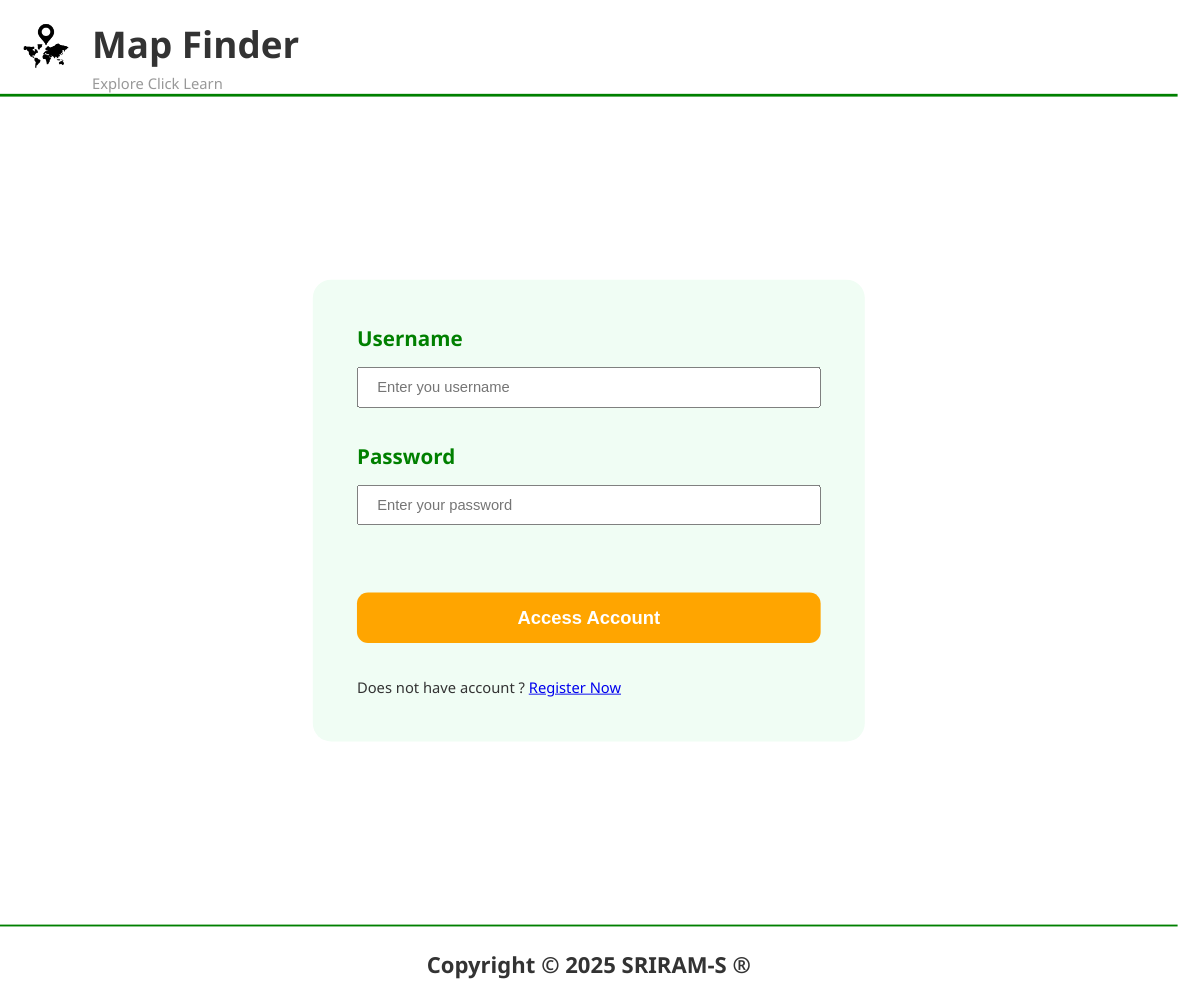
Repository: 7-SRIRAM-S/Map-Finder-Java
Page: MapFinder/src/main/webapp/login.html
The author's editor kept a copy of each file at every save. The page is drawn from the files as they stood at one save, then again after the next save.
The browser window is 1280 px wide. The pictures show the whole page, at 92% of full size.
The page's requests for data from a server got no answer.

Above is the page before, as saved 2026-02-17 17:44:59.

### MapFinder/src/main/webapp/login.html
<!DOCTYPE html>
<html lang="en">
<head>
    <meta charset="UTF-8">
    <meta name="viewport" content="width=device-width, initial-scale=1.0">
    <title>Map Finder</title>
    <link rel="icon" href="images/map_logo.png">

    <style>
        *{
            margin: 0;
            padding: 0;
            box-sizing: border-box;
        }
        body {
            background-color:white;
            font-family: 'Segoe UI', Tahoma, Geneva, Verdana, sans-serif;
            overflow: hidden;
            color: #333;
        }
        header {
            display: flex;
            justify-content: space-between;
            align-items: center;
            background-color: white;
            /* padding-bottom: 8px; */
            border-bottom: 3px solid green;
            /* text-align: center; */
        }
        header h1{
            font-size: 40px;
        }
        header p{
            opacity: 0.5;
        }
        header div{
            margin-top: 20px;
            display: flex;
            flex-direction: column;
            gap: 5px;

        }
        nav{
        display: flex;
        }
        .logo{
            height: 100px;
            width: 100px;
            cursor: pointer;
        }
        footer{
            display: flex;
            justify-content: center;
            padding: 25px;
            border-top: 2px solid green;
        }
        img {
            width: 50%;
            height: auto;
            object-fit: contain;
            border-radius: 10px;
        }
        .container{

            height: 900px;
             display: flex;
            /* flex-direction: column;  */
            justify-content: center;
            align-items: center;

        }
        form{
            border-radius: 20px;
            width: 600px;
            background-color: #F0FDF4;
            display: flex;
            flex-direction: column;
            gap: 2.3rem;
            padding:3rem;

        }
        label{
            text-align: left;
            color: green;
            font-weight: bold;
            font-size: 1.4rem;
        }
        input{
            height: 40px;
            font-size: 16px;
            padding:20px;
        }
        button{
            padding: 1rem;
            background-color: orange;
            color: white;
            font-weight: bold;
            font-size: 20px;
            border-radius: 12px;
            border-color: 1px solid orange;
            cursor: pointer;
            transition: 0.6s backgroud-color ease;
        }
        button:hover{
            background-color: green;
            /* border: 1px solid green; */
        }
        .wrap{
            display: flex;
            flex-direction: column;
            gap: 1rem;
        }
        #error-info{
        	color:red;
        }
    </style>
</head>
<body>
    <header>
        <nav>
            <img src="images/map_logo.png" alt="logo" class="logo" onclick="window.location.reload();">
        <div>
            <h1>Map Finder</h1>
            <p>Explore Click Learn</p>
        </div>
        </nav>
   </header>
   <div class="container">
    <form id="sign_in_form" method="post">

        <div class="wrap">
            <label for="username">
                Username
           </label>
           <input type="text" id="username" name="username" placeholder="Enter you username"  required>
        </div>
        <div class="wrap">
            <label for="password">
                Password
           </label>
           <input type="password" id="password" name="password" placeholder="Enter your password"  required>
        </div>
        <div class="wrap">
        	<p id="error-info" style="display:none"></p>
        </div>
        <button type="submit" style="border:none;">Access Account</button>
        <div class="wrap">
        	<p>Does not have account ? <a href="/MapFinder/signup.html">Register Now</a></p>
        </div>
    </form>
   </div>
   <footer>
    <h2>Copyright &copy; 2025 SRIRAM-S &#174;</h2>
  </footer>
</body>
<script>

document.addEventListener("visibilitychange", function() {
    if (isSessionExist()) {
    	console.log("going to home page");
    	change("home");
    }
    else{
    	blockBackNavigation();
    }
});


function isSessionExist(){
    	fetch("/MapFinder/checksession").then((res)=>res.text()).then((msg)=>{
			if(msg==="failed"){
				localStorage.clear();
				console.log("session not exist");
				return false;
			}

			change("home");

			return true;
    	});
}

function change(uri){
	console.log("calling change uri");
	window.location.replace(uri);
}

function blockBackNavigation(){
	history.pushState(null, null, location.href);
	 window.onpopstate = function () {
	        history.go(1);
	    };
}



window.addEventListener("popstate", (event) => {
	if(!(isSessionExist())){
		change("signin");
	}
	else{
		blockBackNavigation();
	}
});



    let form=document.getElementById("sign_in_form");
 	form.addEventListener('submit',(e)=>{
 		e.preventDefault();
            const username=document.querySelector("#username").value;
            const password=document.querySelector("#password").value;
            const data={username,password};
           	fetch("/MapFinder/signin",{
           		method:"POST",
           		headers:{
           			'Content-Type':'application/json'
           		},
           		body:JSON.stringify(data),
           	}).then(res=>res.text()).then((msg)=>{
           		if(msg==="failed"){
           			const error=document.querySelector("#error-info");
           			error.style.display="block";
           			error.innerText="invalid username or password";
           		}
           		else{
           	        localStorage.setItem("sessionChecked", "true");
           			change("home");
           		}
           	})
        });
</script>
</html>

After the next save:
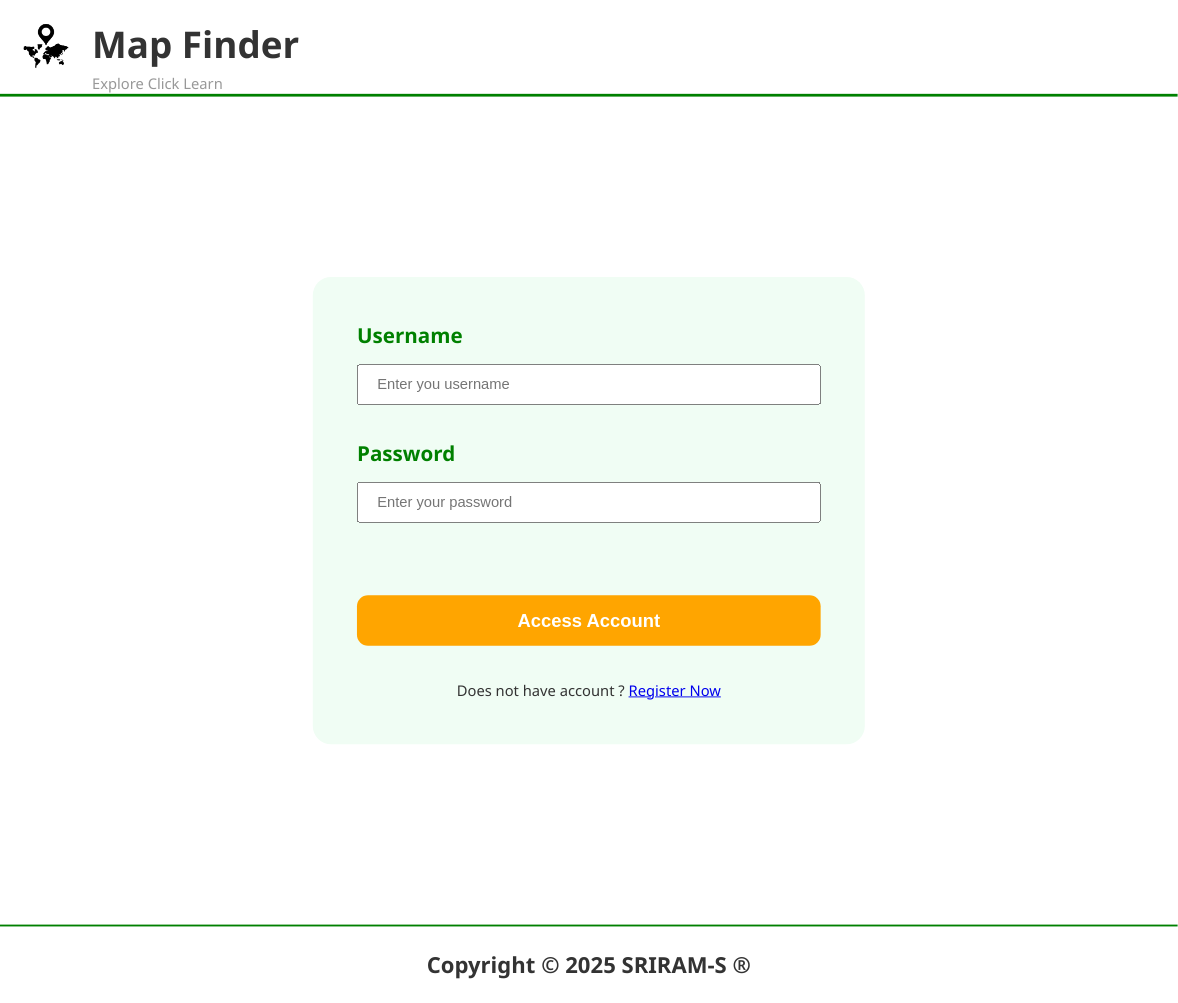
Saved 4 s later.
--- a/MapFinder/src/main/webapp/login.html
+++ b/MapFinder/src/main/webapp/login.html
@@ -99,7 +99,7 @@
             border-radius: 12px;
             border-color: 1px solid orange;
             cursor: pointer;
-            transition: 0.6s backgroud-color ease;
+    		transition: background-color 0.3s ease;
         }
         button:hover{
             background-color: green;
@@ -111,7 +111,12 @@
             gap: 1rem;
         }
         #error-info{
+            text-align:center;
+        	height:5px;
         	color:red;
+        }
+        .register-navigation{
+        	text-align:center;
         }
     </style>
 </head>
@@ -141,10 +146,10 @@
            <input type="password" id="password" name="password" placeholder="Enter your password"  required>
         </div>
         <div class="wrap">
-        	<p id="error-info" style="display:none"></p>
+        	<p id="error-info" style="visibility:hidden"></p>
         </div>
         <button type="submit" style="border:none;">Access Account</button>
-        <div class="wrap">
+        <div class="wrap register-navigation">
         	<p>Does not have account ? <a href="/MapFinder/signup.html">Register Now</a></p>
         </div>
     </form>
@@ -155,53 +160,73 @@
 </body>
 <script>
 
-document.addEventListener("visibilitychange", function() {
-    if (isSessionExist()) {
-    	console.log("going to home page");
-    	change("home");
-    }
-    else{
-    	blockBackNavigation();
-    }
-});
-
-
-function isSessionExist(){
-    	fetch("/MapFinder/checksession").then((res)=>res.text()).then((msg)=>{
-			if(msg==="failed"){
-				localStorage.clear();
-				console.log("session not exist");
-				return false;
-			}
+
+	document.addEventListener("visibilitychange", async function ()  {
+	    if (!document.hidden) {
+	    	let session=await isSessionExist();
+	    	if(session){
+	    		change("home")
+	    	}
+	    	else{
+	    		blockBackNavigation();
+	    	}
+	    }
+	});
+
+	async function isSessionExist(){
+	    try{
+	        let res=await fetch("/MapFinder/checksession");
+	        let msg=await res.text();
+
+	        if(msg==="failed"){
+	            localStorage.clear();
+	            console.log("session not exist");
+	            return false;
+	        }
+
+	        console.log("session exist");
+	        return true;
+
+	    } catch(err){
+	        console.log(err);
+	        return false;
+	    }
+	}
+
+
+	function change(uri){
+		window.location.replace(uri);
+	}
+
+	function blockBackNavigation(){
+		history.pushState(null, null, location.href);
+		 window.onpopstate = function () {
+		        history.go(1);
+		 };
+	}
+
+	window.onload=async function(){
+	   let session=await isSessionExist();
+	   if(session){
+		   change("home");
+	   }
+	   blockBackNavigation();
+	}
+
+	window.addEventListener("popstate", async (event) => {
+		console.log("clicking back button");
+		let session= await isSessionExist();
+		if(!session){
+	    	console.log("session is alive");
+
+			blockBackNavigation();
+		}
+		else{
+	    	console.log("no session going to signin");
 
 			change("home");
-
-			return true;
-    	});
-}
-
-function change(uri){
-	console.log("calling change uri");
-	window.location.replace(uri);
-}
-
-function blockBackNavigation(){
-	history.pushState(null, null, location.href);
-	 window.onpopstate = function () {
-	        history.go(1);
-	    };
-}
-
-
-
-window.addEventListener("popstate", (event) => {
-	if(!(isSessionExist())){
-		change("signin");
-	}
-	else{
-		blockBackNavigation();
-	}
-});
+		}
+	});
 
 
 
@@ -220,7 +245,7 @@ window.addEventListener("popstate", (event) => {
            	}).then(res=>res.text()).then((msg)=>{
            		if(msg==="failed"){
            			const error=document.querySelector("#error-info");
-           			error.style.display="block";
+           			error.style.visibility="visible";
            			error.innerText="invalid username or password";
            		}
            		else{
